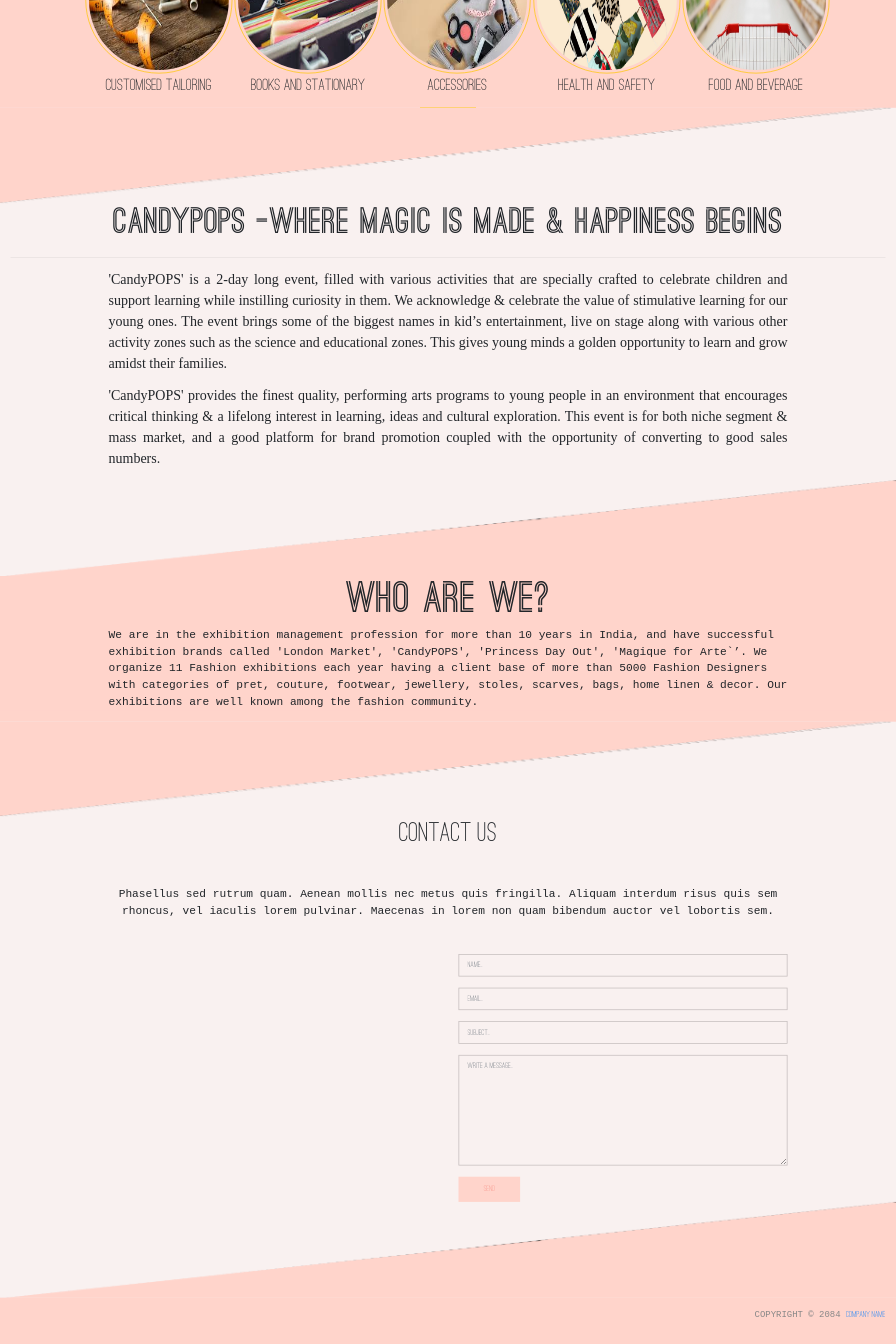
Repository: Demonster1999/newshoperrepo
Page: index.html
The author's editor kept a copy of each file at every save. The page is drawn from the files as they stood at one save, then again after a run of saves.
The browser window is 1280 px wide. The pictures show the part of the page from y = 2480 to 4400 px (the page is 4400 px tall before and 4376 px after), at 70% of full size.
Some web libraries are served in a nearby version.

Above is the page before, as saved 2020-07-21 15:53:49.
Console error: TypeError: Cannot read properties of null (reading 'getContext')

### index.html
<!DOCTYPE html>
<head>
	<meta charset="UTF-8">
	<title>London Market</title>
	<meta name="keywords" content="" />
	<meta name="description" content="" />
    <meta name="viewport" content="width=device-width, initial-scale=1.0">
    <!--
    	Roller Template
		http://www.london-market.com/preview/london-market_424_roller
	-->
	<link rel="stylesheet" href="https://fonts.googleapis.com/css2?family=Great+Vibes">
	<link href="http://fonts.googleapis.com/css?family=Open+Sans:300,400,700" rel="stylesheet" type="text/css">
	<!-- <link href="css/font-awesome.min.css" rel="stylesheet">FontAwesome Icons -->
	<link rel="stylesheet" href="https://cdnjs.cloudflare.com/ajax/libs/font-awesome/5.14.0/css/all.min.css"
		integrity="sha512-1PKOgIY59xJ8Co8+NE6FZ+LOAZKjy+KY8iq0G4B3CyeY6wYHN3yt9PW0XpSriVlkMXe40PTKnXrLnZ9+fkDaog=="
		crossorigin="anonymous" />
	<link rel="stylesheet" href="https://maxcdn.bootstrapcdn.com/bootstrap/4.0.0/css/bootstrap.min.css" integrity="sha384-Gn5384xqQ1aoWXA+058RXPxPg6fy4IWvTNh0E263XmFcJlSAwiGgFAW/dAiS6JXm" crossorigin="anonymous">
	<link rel="stylesheet" href="fonts/ostrich-sans.css">
	<link href="css/LondonMarket.css" rel="stylesheet" type="text/css">
	<link rel="stylesheet" href="css/into-to-app.css">
	<link rel="stylesheet" href="css/navbar.css">
	<link rel="stylesheet" href="css/carousel.css">

</head>
<body>
	<nav class="navbar custom-nav sticky-top p-0 m-0 ">
		<a class="navbar-brand mx-auto text-white" style="font-family: Great Vibes; font-size: 40px;" href="#">London Market</a>

	  </nav>

	<nav class="navbar third-nav navbar-expand-lg navbar-light bg-light">
		<div class="container">
			<button class="navbar-toggler navbar-toggler-icon" type="button" data-toggle="collapse" data-target="#navbarSupportedChontent"
			aria-controls="navbarSupportedContent" aria-expanded="false" aria-label="Toggle navigation">
			<span class=""></span>
		</button>


		<div class="collapse navbar-collapse" id="navbarSupportedContent">
			<ul class="navbar-nav  mr-auto text-center">

				<li class="nav-item">
					<a class=" " href="#">Register</a>
				</li>
				<li class="nav-item ">
					<a class="" href="#">login</a>
				</li>


		</div>
		<div class="  mr-auto ">
			<!-- social icons  -->
			<button class="fab fa-facebook-f"></button>
			<button class="fab fa-twitter"></button>
			<button class="fab fa-linkedin-in"></button>
			<button class="fab fa-instagram"></button>
			<button class="fab fa-youtube"></button>
		</div>
		</div>

	</nav>


	<!-- nav with dots  -->
	<nav class="nav">
        <ul>
            <li class="dot1 active" id="ec1" data-toggle="tooltip" data-placement="left" title="Tooltip on left"></li>
            <li class="dot2" id="ec2" data-toggle="tooltip" data-placement="left" title="Tooltip on left"></li>
            <li class="dot3" id="ec3"  data-toggle="tooltip" data-placement="left" title="Tooltip on left"></li>
			<li class="dot4" id="ec4"  data-toggle="tooltip" data-placement="left" title="Tooltip on left"></li>
			<li class="dot5" id="ec5"  data-toggle="tooltip" data-placement="left" title="Tooltip on left"></li>
			<li class="dot5" id="ec5"  data-toggle="tooltip" data-placement="left" title="Tooltip on left"></li>
        </ul>
    </nav>

		<section class="" id="home">
			<div id="demo" class="carousel slide" data-ride="carousel">
				<ul class="carousel-indicators">
					<li data-target="#demo" data-slide-to="0" class="active"></li>
					<li data-target="#demo" data-slide-to="1"></li>
					<li data-target="#demo" data-slide-to="2"></li>
					<!-- <li data-target="#demo" data-slide-to="3"></li> -->
				</ul>
				<div class="carousel-inner">
					<div class="carousel-item active">
						<img src="images/carousel/carousel1.jpg" alt="Los Angeles"   >
						<div class="carousel-caption">
							<h3>Los Angeles</h3>
							<p>We had such a great time in LA!</p>
						</div>
					</div>
					<div class="carousel-item">
						<img src="images/carousel/carousel4.jpg" alt="Chicago"  >
						<div class="carousel-caption">
							<h3>Chicago</h3>
							<p>Thank you, Chicago!</p>
						</div>
					</div>
					<div class="carousel-item">
						<img src="images/carousel/cp11.jpg" alt="Chicago" >
						<div class="carousel-caption">
							<h3>Chicago</h3>
							<p>Thank you, Chicago!</p>
						</div>
					</div>
					<!-- <div class="carousel-item">
						<img src="images/images/lmimages/Adobe_20200716_143015.png" alt="Chicago">
						<div class="carousel-caption">
							<h3>Chicago</h3>
							<p>Thank you, Chicago!</p>
						</div>
					</div> -->
					<!-- <div class="carousel-item">
						<img src="images/carousel/carousel3.jpg" alt="New York" class=" w-100" style="height: 300px; max-height: 500px;">
						<div class="carousel-caption">
							<h3>New York</h3>
							<p>We love the Big Apple!</p>
						</div>
					</div> -->
				</div>
				<a class="carousel-control-prev" href="#demo" data-slide="prev">
					<span class="carousel-control-prev-icon"></span>
				</a>
				<a class="carousel-control-next" href="#demo" data-slide="next">
					<span class="carousel-control-next-icon"></span>
				</a>
			</div>
		</section>

<section class=" intro-to-app container-fluid">
	<img src="images/tm-border-black-top.png" class="w-100 img-top" alt="">
	<div class="container-fluid text-center ">

		<img src="images/images/lmimages/lm.png" class="p-0 m-0" width=200px height="200px" alt="" >
		<h1 class="mx-auto  "> Get Shop-a-holic</h1>

		<hr>


		<div class="container ">
			<p class="lead text-justify">After a period of more than 10 successful years in exhibition management with a strong focus on the fashion and
			lifestyle industry, One Management International proudly brings to you yet another feather in its cap, ‘The London
			Market App’.
			The app is based on the simple concept of ‘Affordable Luxury’, where we strive to present creative and beautiful
			products from sellers across the world, through an intelligent and user-friendly app. We believe in the power of
			expressing oneself, as we aspire to showcase products and brands that stand apart. With our wide array of products
			ranging from clothing and accessories to home décor and furniture, we have something unique for everyone.
</p>
               <div class="row">
<div class="col-md-6 p-2 text-center">
	<a href="https://play.google.com/store/apps/details?id=com.prpwebs.londonmarket" class="h1"> <img src="images/logos/play store.png" class=" " width="160px" height="160px" alt="play">
		<center> Android</center>
	</a>
</div>
<div class="col-md-6 text-center">
	<a href="" class="h1"> <img src="images/logos/hiclipart.com.png" class=" " width="160px" height="160px" alt="app">
		<center>ios</center>
	</a>

</div>
			   </div>

		</div>
	</div>
	<img src="images/tm-border-black-bottom.png" class="w-100 imgbottom" alt="">
</section>


<section class="tm-dark-bg tm-section" id="portfolio">
			<div class="container-fluid">

<h1 style="font-weight: bold; font-size: 60px;" class="text-center"> The App Offers  </h1>
<div class="  row text-center mt-5 ">
	<div class="col-md-1"></div>
	<div class="col-md-2 text-center mt-5  ">
		<div class="tm-img-circle-border mx-auto ">
			<img src="images/category/display category/Women clothing.jpg" alt="Testimonial 1" class="img-circle tm-img-testimonial">
			<h4 class=" mt-2 "> Women clothing </h4>
		</div>
	</div>
	<div class="col-md-2 text-center mt-5 ">
		<div class="tm-img-circle-border mx-auto ">
			<img src="images/category/display category/children.jpg" alt="Testimonial 2" class="img-circle tm-img-testimonial">
			<h4 class=" mt-2 "> Children clothing</h4>
		</div>
	</div>
	<div class="col-md-2 text-center mt-5 ">
		<div class="tm-img-circle-border mx-auto ">
			<img src="images/category/display category/umens.jpeg" alt="Testimonial 3" class="img-circle tm-img-testimonial">
			<h4 class=" mt-2 "> Menswear </h4>
		</div>

	</div>
	<div class="col-md-2 text-center mt-5 ">
		<div class="tm-img-circle-border mx-auto ">
			<img src="images/category/display category/Jewellery.jpg" alt="Testimonial 4" class="img-circle tm-img-testimonial">
			<h4 class=" mt-2 "> Jewellery</h4>
		</div>
	</div>
	<div class="col-md-2 text-center mt-5 ">
		<div class="tm-img-circle-border mx-auto ">
			<img src="images/category/display category/Footwear.jpg" alt="Testimonial 5" class="img-circle tm-img-testimonial">
			<h4 class=" mt-2 "> foot wear </h4>
		</div>
	</div>
	<div class="col-md-1"></div>
</div>
<hr class="tm-author-name-underline mt-5">
<div class="  row text-center mt-5 ">
	<div class="col-md-1"></div>
	<div class="col-md-2 text-center mt54 ">
		<div class="tm-img-circle-border mx-auto ">
			<img src="images/category/display category/Decor & Linen.jpg" alt="Testimonial 1" class="img-circle tm-img-testimonial">
			<h4 class=" mt-2 "> Decor & Linen </h4>
		</div>
	</div>
	<div class="col-md-2 text-center mt-5 ">
		<div class="tm-img-circle-border mx-auto ">
			<img src="images/category/display category/Handicrafts.jpg" alt="Testimonial 2" class="img-circle tm-img-testimonial">
			<h4 class=" mt-2 "> Handicrafts </h4>
		</div>
	</div>
	<div class="col-md-2 text-center mt-5 ">
		<div class="tm-img-circle-border mx-auto  ">
			<img src="images/category/display category/Furniture.jpg" alt="Testimonial 3" class="img-circle tm-img-testimonial">
			<h4 class=" mt-2 "> Furniture</h4>
		</div>

	</div>
	<div class="col-md-2 text-center mt-5 ">
		<div class="tm-img-circle-border mx-auto ">
			<img src="images/category/display category/Beauty.jpg" alt="Testimonial 4" class="img-circle tm-img-testimonial">
			<h4 class=" mt-2 "> Beauty </h4>
		</div>
	</div>
	<div class="col-md-2 text-center mt-5 ">
		<div class="tm-img-circle-border mx-auto ">
			<img src="images/category/display category/Flowers & Gifting.jpg" alt="Testimonial 5" class="img-circle tm-img-testimonial">
			<h4 class=" mt-2 "> Flowers and Gifting </h4>
		</div>
	</div>
</div>
<hr class="tm-author-name-underline mt-5">
<div class="  row text-center mt-5 ">
	<div class="col-md-1"></div>
	<div class="col-md-2 text-center mt-5 ">
		<div class="tm-img-circle-border mx-auto ">
			<img src="images/category/display category/Customised Tailoring.jpg" alt="Testimonial 1" class="img-circle tm-img-testimonial">
			<h4 class=" mt-2 "> Customised Tailoring</h4>
		</div>
	</div>
	<div class="col-md-2 text-center mt-5 ">
		<div class="tm-img-circle-border mx-auto ">
			<img src="images/category/display category/books and stationary.jpg" alt="Testimonial 2" class="img-circle tm-img-testimonial">
			<h4 class=" mt-2 "> books and Stationary </h4>
		</div>
	</div>
	<div class="col-md-2 text-center mt-5 ">
		<div class="tm-img-circle-border mx-auto  ">
			<img src="images/category/display category/Accessories.jpg" alt="Testimonial 3" class="img-circle tm-img-testimonial">
			<h4 class=" mt-2 "> Accessories </h4>
		</div>

	</div>
	<div class="col-md-2 text-center mt-5 ">
		<div class="tm-img-circle-border mx-auto ">
			<img src="images/category/display category/health & safety.jpg" alt="Testimonial 4" class="img-circle tm-img-testimonial">
			<h4 class=" mt-2 "> Health and Safety </h4>
		</div>
	</div>
	<div class="col-md-2 text-center mt-5 ">
		<div class="tm-img-circle-border mx-auto ">
			<img src="images/category/display category/f&b.jpg" alt="Testimonial 5" class="img-circle tm-img-testimonial">
			<h4 class=" mt-2 "> Food and beverage </h4>
		</div>
	</div>
	<div class="col-md-1"></div>
</div>
<hr class="tm-author-name-underline mt-5">

					</div>
		</section> <!-- portfolio -->

<section class=" intro-to-app container-fluid">
	<img src="images/tm-border-black-top.png" class="w-100 img-top" alt="">
	<div class="container-fluid text-center ">

		<!-- <img src="images/images/lmimages/lm.png" class="p-0 m-0" width=200px height="200px" alt=""> -->
		<h1 class="mx-auto  "> CandyPOPS -Where Magic is made & Happiness begins </h1>

		<hr>


		<div class="container ">
			<p class="lead text-justify">'CandyPOPS' is a 2-day long event, filled with various activities that are specially crafted to celebrate children and
			support learning while instilling curiosity in them. We acknowledge & celebrate the value of stimulative learning for
			our young ones.
			The event brings some of the biggest names in kid’s entertainment, live on stage along with various other activity zones
			such as the science and educational zones. This gives young minds a golden opportunity to learn and grow amidst their
			families.
			</p>
			<p class="lead text-justify">'CandyPOPS' provides the finest quality, performing arts programs to young people in an environment that encourages
			critical thinking & a lifelong interest in learning, ideas and cultural exploration.
			This event is for both niche segment & mass market, and a good platform for brand promotion coupled with the opportunity
			of converting to good sales numbers.
			</p>



		</div>
	</div>
	<img src="images/tm-border-black-bottom.png" class="w-100 imgbottom" alt="">
</section>

<section class="tm-dark-bg tm-section" id="portfolio">
	<div class="container-fluid">

		<h1 style="font-weight: bold; font-size: 60px;" class="text-center"> Who are we? </h1>
		<div class="container">
<p style="font-weight: ;">
	We are in the exhibition management profession for more than 10 years in India, and have successful exhibition
	brands
	called 'London Market', 'CandyPOPS', 'Princess Day Out', 'Magique for Arte`’. We organize 11 Fashion exhibitions
	each
	year having a client base of more than 5000 Fashion Designers with categories of pret, couture, footwear, jewellery,
	stoles, scarves, bags, home linen & decor. Our exhibitions are well known among the fashion community.
</p>

		</div>

	</div>

</section> <!-- portfolio -->

<section class="tm-section tm-orange-bg" id="contact" >
			<img src="images/tm-border-black-top.png" alt="Border" class="tm-border">
			<div class="container">
				<h1 class="text-uppercase text-center">Contact Us</h1>
				<p class="text-center margin-top-50">Phasellus sed rutrum quam. Aenean mollis nec metus quis fringilla. Aliquam interdum risus quis sem rhoncus, vel iaculis lorem pulvinar. Maecenas in lorem non quam bibendum auctor vel lobortis sem.</p>
				<div class="row margin-top-50">
					<div class="col-lg-6 col-md-6 col-sm-6 col-xs-12">
						<div id="map-canvas"></div>
					</div>
					<div class="col-lg-6 col-md-6 col-sm-6 col-xs-12">
						<form action="#" method="post" class="tm-contact-form">
							<div class="form-group">
								<input type="text" id="contact_name" class="form-control" placeholder="NAME..." />
							</div>
							<div class="form-group">
								<input type="text" id="contact_email" class="form-control" placeholder="EMAIL..." />
							</div>
							<div class="form-group">
								<input type="text" id="contact_subject" class="form-control" placeholder="SUBJECT..." />
							</div>
							<div class="form-group">
								<textarea id="contact_message" class="form-control" rows="8" placeholder="WRITE A MESSAGE..."></textarea>
							</div>
							<button type="submit" class="btn text-uppercase tm-dark-bg tm-orange-text tm-send-btn">Send</button>
						</form>
					</div>
				</div>
			</div>
			<img src="images/tm-border-black-bottom.png" alt="Border" class="tm-border">
		</section> <!-- contact -->


	<footer class="text-right tm-dark-bg">
		<p class="text-uppercase container small">Copyright &copy; 2084 <a href="#">Company Name</a></p>
	</footer>
	<script src="js/jquery-1.11.1.min.js" ></script>
	<!-- <script src="https://code.jquery.com/jquery-3.5.1.min.js"
		integrity="sha256-9/aliU8dGd2tb6OSsuzixeV4y/faTqgFtohetphbbj0=" crossorigin="anonymous"></script> -->
		<script src="https://cdnjs.cloudflare.com/ajax/libs/font-awesome/5.14.0/js/all.min.js"
			integrity="sha512-YSdqvJoZr83hj76AIVdOcvLWYMWzy6sJyIMic2aQz5kh2bPTd9dzY3NtdeEAzPp/PhgZqr4aJObB3ym/vsItMg=="
			crossorigin="anonymous"></script>
<script src="https://cdnjs.cloudflare.com/ajax/libs/popper.js/1.12.9/umd/popper.min.js" integrity="sha384-ApNbgh9B+Y1QKtv3Rn7W3mgPxhU9K/ScQsAP7hUibX39j7fakFPskvXusvfa0b4Q" crossorigin="anonymous"></script>
<script src="https://maxcdn.bootstrapcdn.com/bootstrap/4.0.0/js/bootstrap.min.js" integrity="sha384-JZR6Spejh4U02d8jOt6vLEHfe/JQGiRRSQQxSfFWpi1MquVdAyjUar5+76PVCmYl" crossorigin="anonymous"></script>
	<script src="js/LondonMarket.js"></script>
	<script src="js/scrollnav.js"></script>
</body>
</html>

### css/into-to-app.css
.intro-to-app{

    padding: 0;
    background-color:#F9F1F0;

}
.intro-to-app img{
    display: inline;
}
.intro-to-app h1{
    font-family: ostrich sans ;
    font-weight: bold;
    display: inline;
    font-size: 50px;

}
.intro-to-app p{
    font-family: hevletica;

}
.imgbottom{
    width: 200%;
    margin: 0;

    position: relative;

}

.img-top{
    margin: 0;
    position: relative;



}

### css/navbar.css
.custom-nav {
    background-color: #e2725b;

}
.custom-nav {
    color: #fff;
    font-size: 25px;

}

/* thirdnav  */
.third-nav a{
    color: black;
    font-family: 'Lucida Sans', 'Lucida Sans Regular', 'Lucida Grande', 'Lucida Sans Unicode', Geneva, Verdana, sans-serif;
    font-weight: bold;
    color: #e2725b;
}
.third-nav ul li{
    margin-left: 10%;
    margin-right: 10%;
}
.third-nav .fa-facebook-f,.fa-twitter,.fa-linkedin-in,.fa-instagram,.fa-youtube{
 margin-left: 5px;
  margin-right: 5px;
    color:#e2725b;

}

/* thirdnav end  */

.nav {
    position: fixed;
    top: 45%;
    bottom: 30%;
    right: 0;
	width: 60px;
	z-index: 50;
}

.nav ul {
	list-style: none;
}


.nav li {
    width: 10px;
	height: 10px;
	margin: 10px;
    border-radius: 100%;
    background-color: rosybrown;
    cursor: pointer;
    transition: .5s;
}

.dot1 {
    background-color: rgb(82, 43, 43);
}

.dot2 {
    background-color: rgb(24, 73, 44);
}

.dot3 {
    background-color: rgb(73, 58, 204);
}

.dot4 {
    background-color: rgb(58, 70, 31);
}

.active {
    box-shadow: 0 0 0 3px #fffffff1, 0 0 0 6px #000;
}

### css/carousel.css
#home .carousel-inner img {
    min-width: 100%;
    min-height: 320px;
    max-height: 500px;
    max-resolution: 0;
  }


  #home .carousel-inner .carousel-caption{
    position: absolute;
    font-size: 30px;
    background-color: rgba(0,0, 0, 0.3);
    width: 100%;
    margin: 0;
    left: 0;
    right: 0;
    height: 100%;
    top: 5px;

  }

    #home .carousel-inner .carousel-caption h3{
      position: relative;
      top: 40%;
      font-family:fantasy;

      font-size: 40px;
    }
    #home .carousel-inner .carousel-caption p{
      position: relative;
      top: 42%;
      font-family: Cambria, Cochin, Georgia, Times, 'Times New Roman', serif;

    }
    .carousel-control-prev,.carousel-control-next{
      z-index: 50;
    }

Loaded but not shown: fonts/ostrich-sans.css (common file); js/jquery-1.11.1.min.js (library); js/LondonMarket.js (359 lines, source omitted); js/scrollnav.js (48 lines, source omitted); css/LondonMarket.css (434 lines, source omitted)

After the next 3 saves:
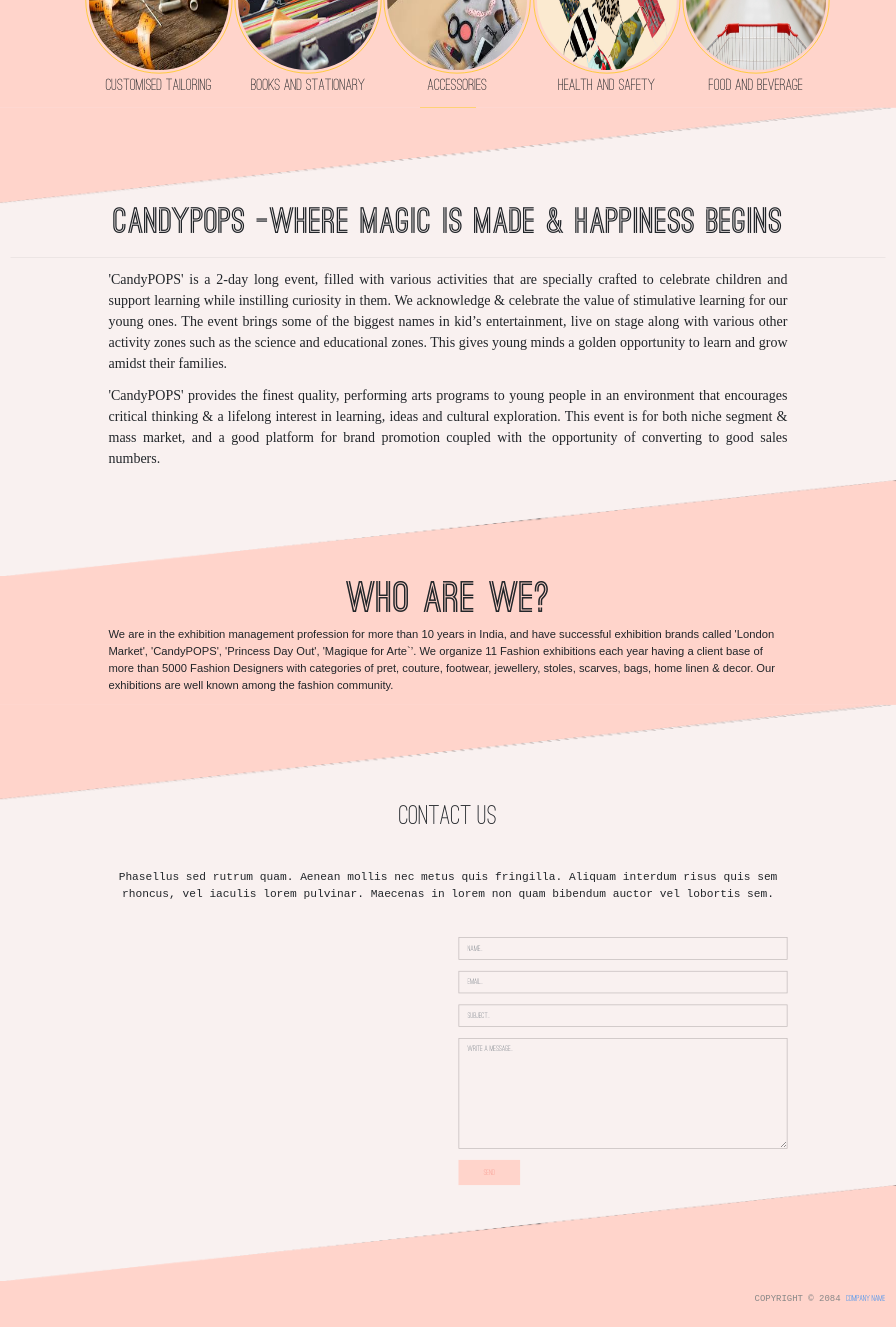
The 3 saves are shown as one change because they came seconds apart.
The last was saved 9 s later.
--- a/index.html
+++ b/index.html
@@ -318,7 +318,7 @@
 
 		<h1 style="font-weight: bold; font-size: 60px;" class="text-center"> Who are we? </h1>
 		<div class="container">
-<p style="font-weight: ;">
+<p style="font-family: Arial, Helvetica, sans-serif;">
 	We are in the exhibition management profession for more than 10 years in India, and have successful exhibition
 	brands
 	called 'London Market', 'CandyPOPS', 'Princess Day Out', 'Magique for Arte`’. We organize 11 Fashion exhibitions

After the save that followed:
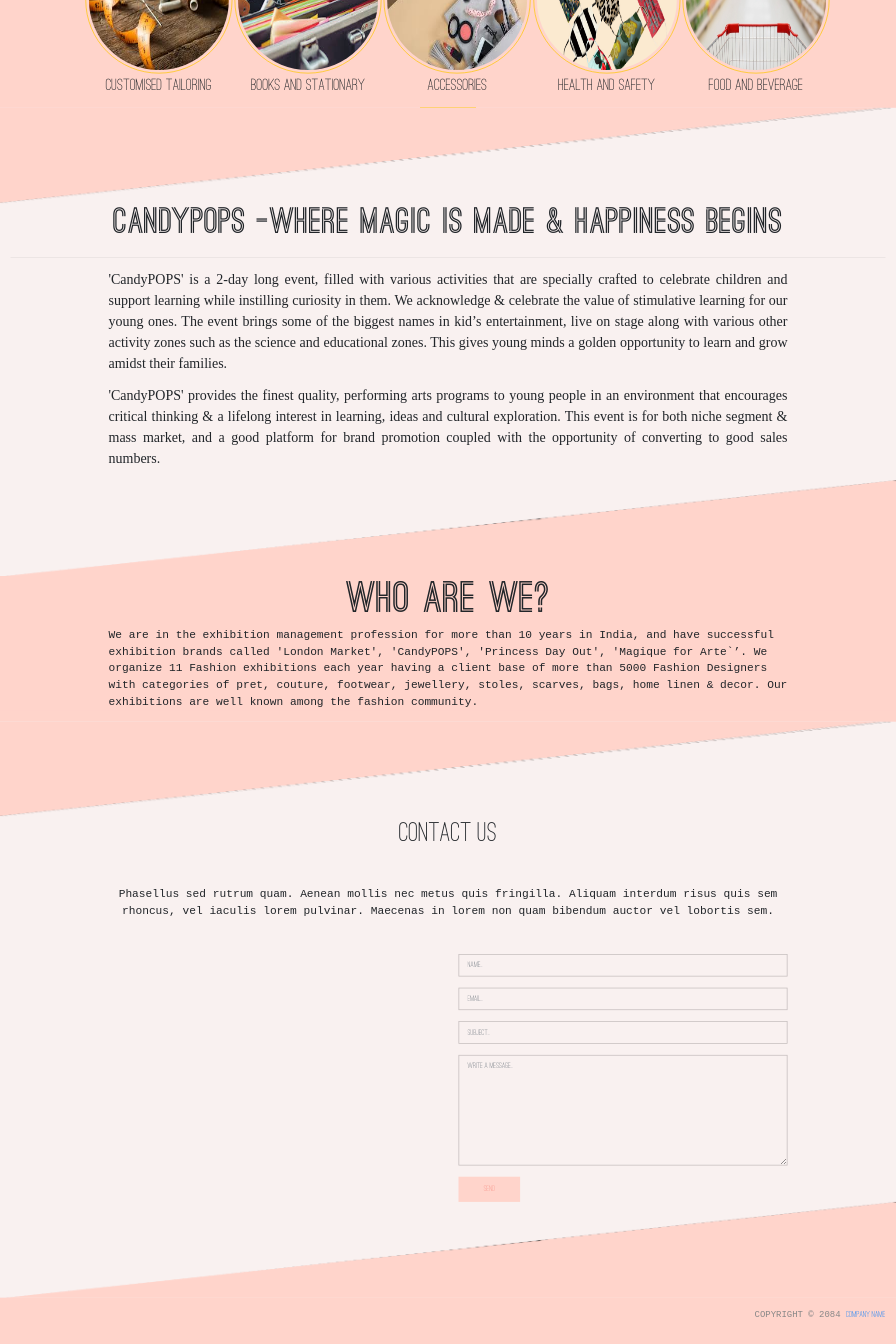
Saved 11 s later.
--- a/index.html
+++ b/index.html
@@ -318,7 +318,7 @@
 
 		<h1 style="font-weight: bold; font-size: 60px;" class="text-center"> Who are we? </h1>
 		<div class="container">
-<p style="font-family: Arial, Helvetica, sans-serif;">
+<p style="font-family: ;">
 	We are in the exhibition management profession for more than 10 years in India, and have successful exhibition
 	brands
 	called 'London Market', 'CandyPOPS', 'Princess Day Out', 'Magique for Arte`’. We organize 11 Fashion exhibitions
